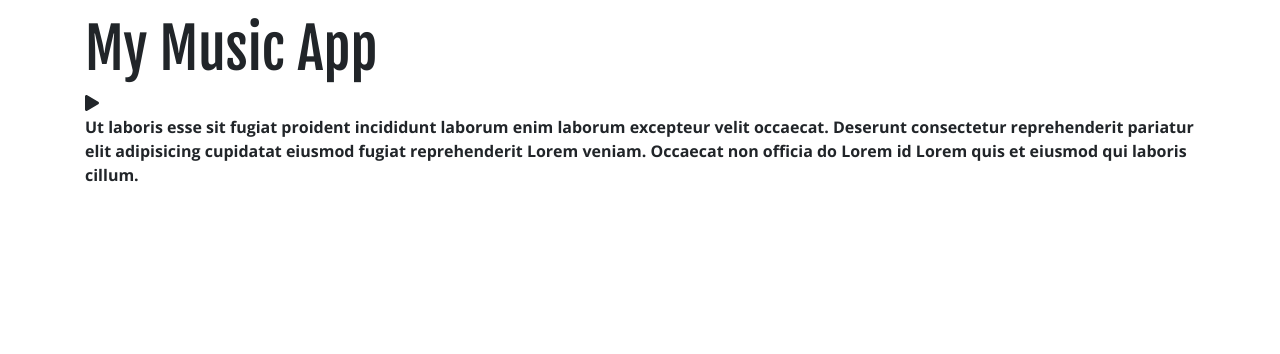
Repository: tanviredu/Data
Page: / (app in 28_vue_with_apis/vue-apis/)
An editor plug-in stored every save of this project. The page is shown before and after the next save, followed by the edit.
The browser window is 1280 px wide. The pictures show the whole page.
The project was rebuilt for these pictures with package versions that can differ from the ones it lists, and the page was loaded fresh each time.

Above is the page before, as saved 2020-07-13 08:33:40.

After the next save:
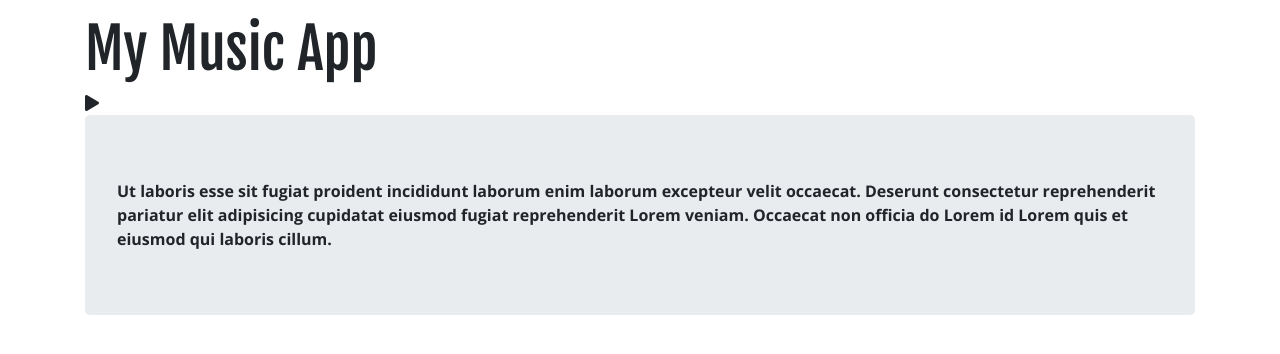
Saved 94 s later.
--- a/28_vue_with_apis/vue-apis/src/App.vue
+++ b/28_vue_with_apis/vue-apis/src/App.vue
@@ -4,7 +4,9 @@
       <h1 class="display-4" style="font-family: 'Fjalla One'">{{name}}</h1>
     </div>
     <font-awesome-icon icon="play" />
-    <div style="font-family: 'Open Sans', sans-serif;">{{description}}</div>
+    <div class="jumbotron">
+      <div style="font-family: 'Open Sans', sans-serif;">{{description}}</div>
+    </div>
   </div>
 </template>
 
